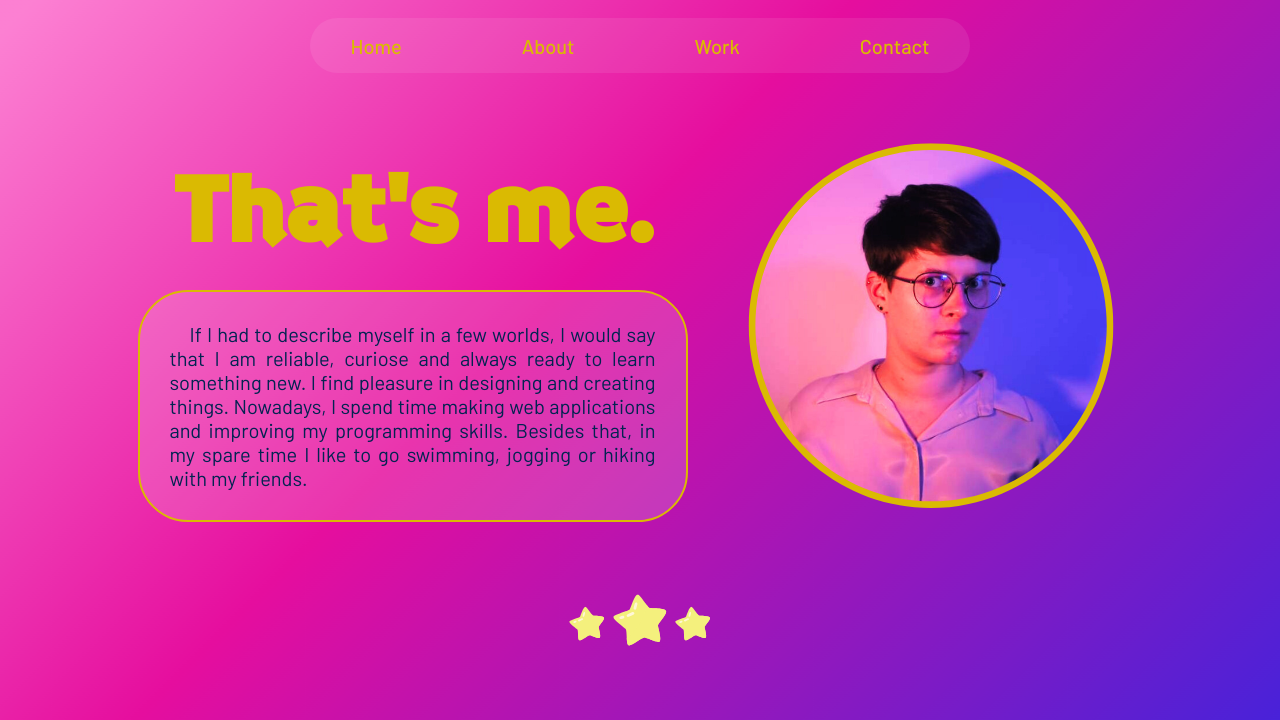
Repository: JJonka/portfolio_site
Page: /about
An editor plug-in stored every save of this project. The page is shown before and after the next save, followed by the edit.
The browser window is 1280 px wide. The pictures show the whole page.
The project was rebuilt for these pictures with package versions that can differ from the ones it lists, and the page was loaded fresh each time. Also part of the build but not shown: vite.config.ts, src/pages/HomePage.tsx, src/components/LogoIcon.module.scss, src/components/LogoIcon.tsx, src/pages/Contact.tsx, src/pages/Work.module.scss, src/pages/Work.tsx.

Above is the page before, as saved 2023-10-08 15:51:05.

After the next save:
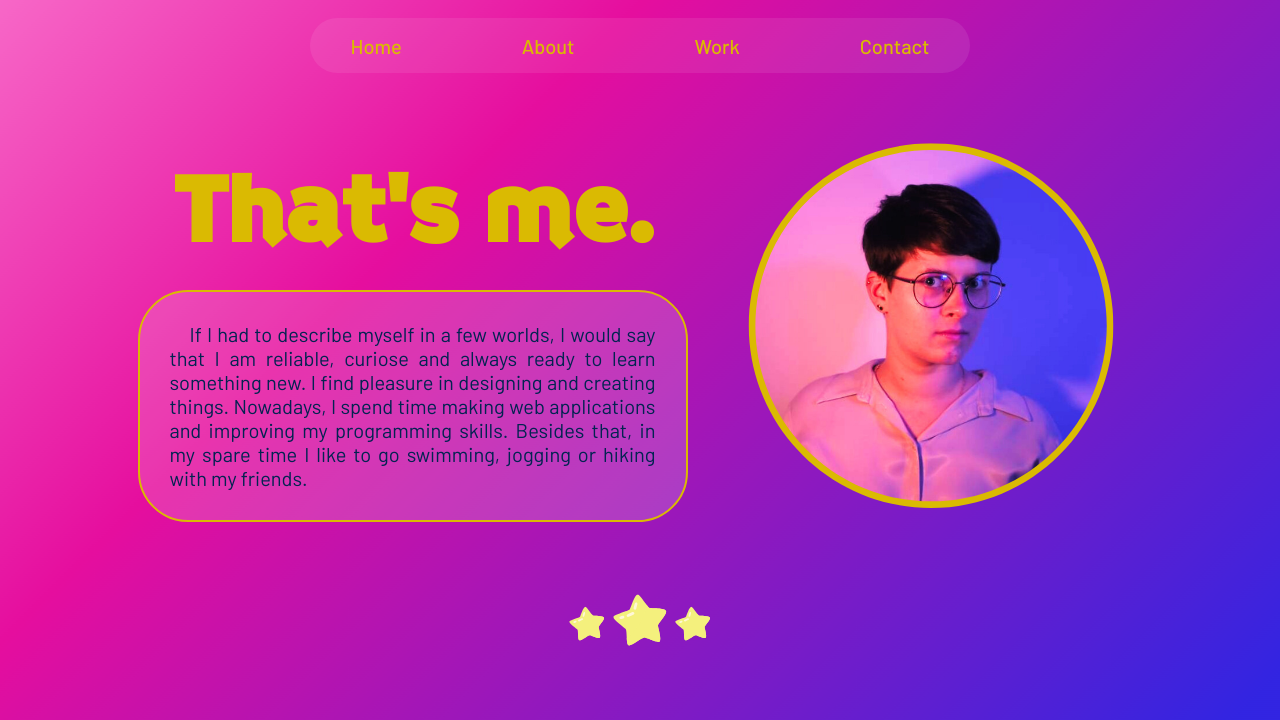
Saved 13 s later.
--- a/src/App.css
+++ b/src/App.css
@@ -20,7 +20,7 @@ body {
 
 .mainBackground {
     background-image: linear-gradient(135deg, #fc79d0 15%, #e40199 40% , #2719e0 80%);
-    animation: slide 5s linear infinite alternate;
+    animation: slide 4s linear infinite alternate;
     animation-fill-mode: backwards;
     position: fixed;
     top: 0;
